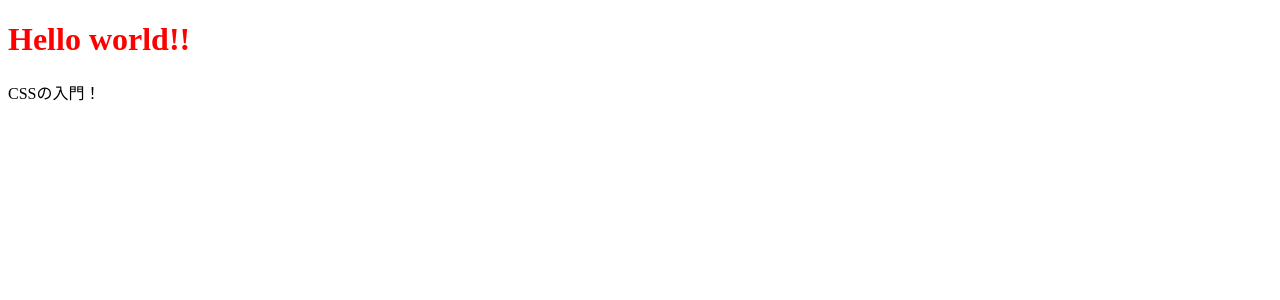
Repository: shy-sys/php-tech-boost
Page: workspace/html/css_intro/index.html
The author's editor kept a record of every edit. The page is drawn from the files as they stood at one moment, then again after the next edit.
The browser window is 1280 px wide. The pictures show the whole page.

Above is the page before.

After the next edit:
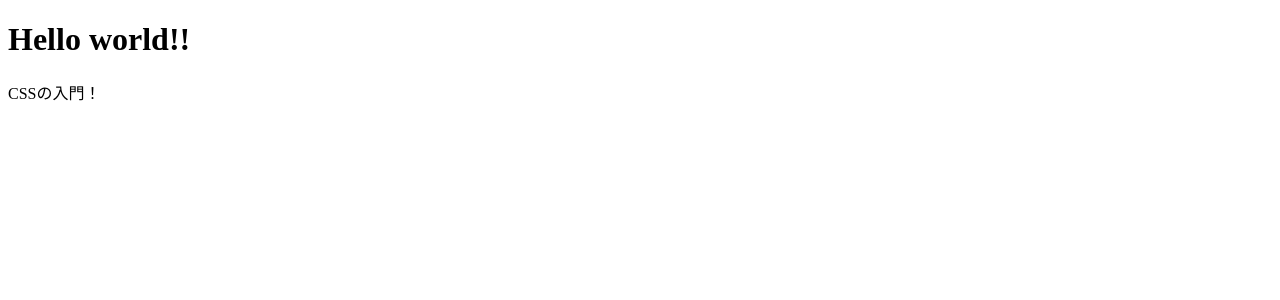
The edit:
--- a/workspace/html/css_intro/index.html
+++ b/workspace/html/css_intro/index.html
@@ -5,9 +5,6 @@
 		<title>tech boost</title>
 
 		<style>
-		h1 {
-			color: red;
-		}
 		<h1 id="title">Hello wolrd!!</h1>
 		<p class="description">CSSの入門！</p>
 		#title {
